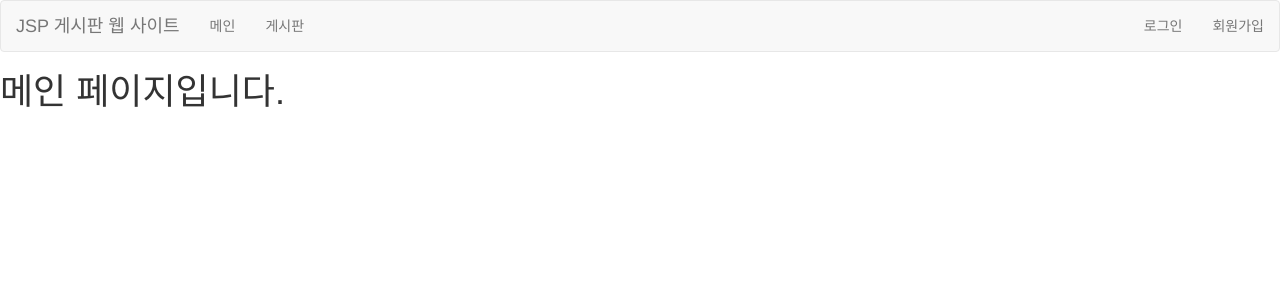
Repository: jjb5442/JSP
Page: http://localhost/07_JSP_FinalProject/main.jsp
These files come from the project's save history. The page is drawn as it stood at one moment and after the next save; the edit follows.
The browser window is 1280 px wide. The pictures show the whole page.
Some web libraries are served in a nearby version. The page is served by Tomcat 9.

Above is the page before, as saved 2022-05-29 00:38:26.

After the next save:
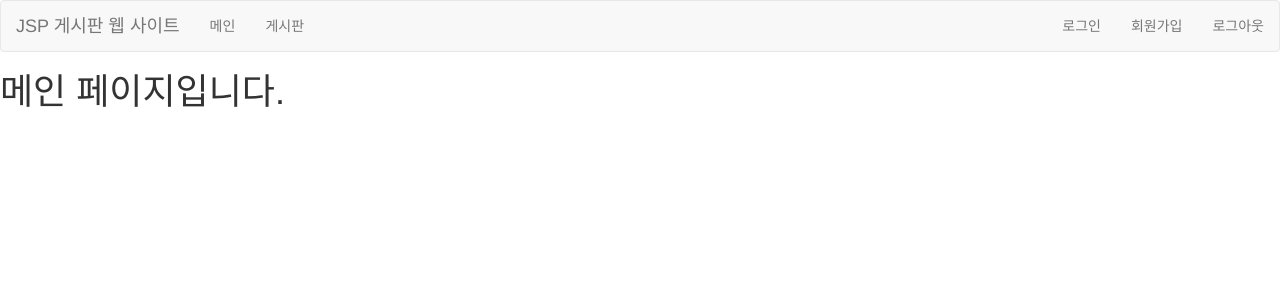
Saved 88 s later.
--- a/8Day/workspace/07_JSP_FinalProject/src/main/webapp/top.jsp
+++ b/8Day/workspace/07_JSP_FinalProject/src/main/webapp/top.jsp
@@ -33,6 +33,7 @@
 			<ul class="nav navbar-nav navbar-right">
 				<li><a href="login.jsp">로그인</a></li>
 				<li><a href="register.jsp">회원가입</a></li>
+				<li><a href="logout_action.jsp">로그아웃</a></li>
 			</ul>
 		</div>
 	</nav>
